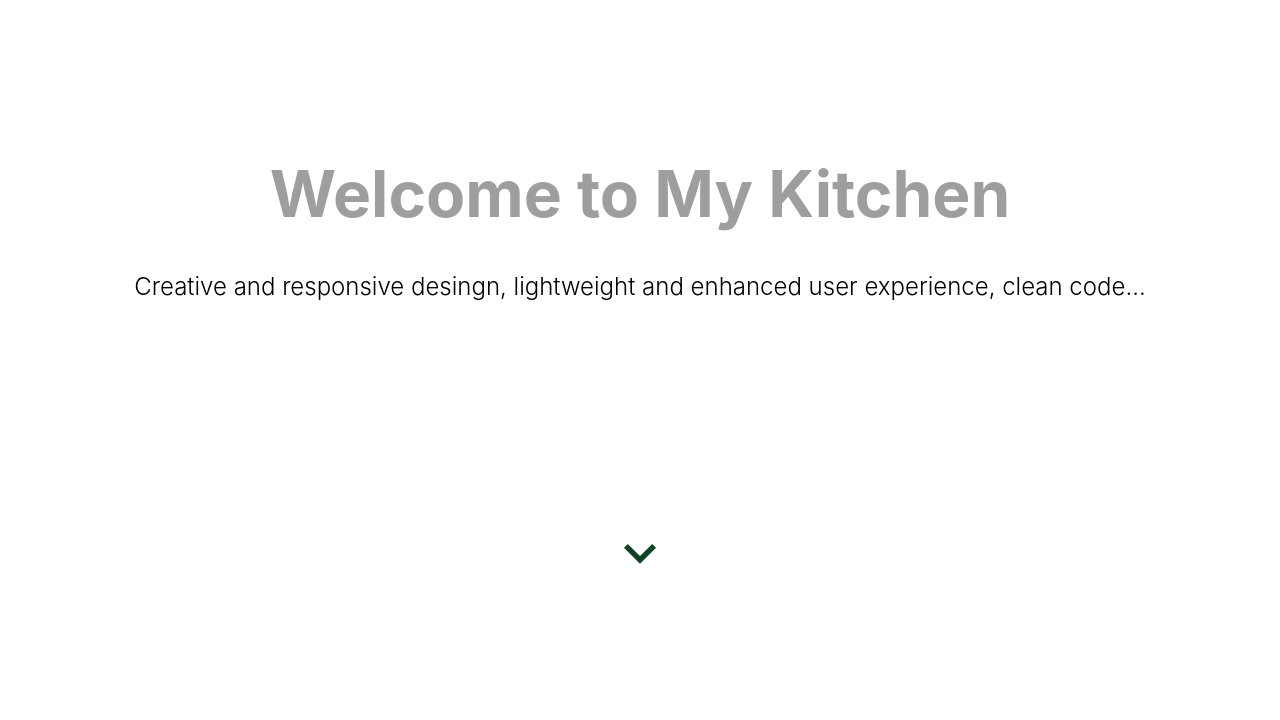
Repository: safak/safak.github.io
Page: /, after clicking the first element matching `svg.MuiSvgIcon-root`
An editor plug-in stored every save of this project. The page is shown before and after the next save, followed by the edit.
The browser window is 1280 px wide. The pictures show the whole page.
Pictures or frames that could not be fetched are drawn as grey boxes. The project was rebuilt for these pictures with package versions that can differ from the ones it lists, and the page was loaded fresh each time. Also part of the build but not shown: src/App.css.

Above is the page before, as saved 2020-08-28 03:42:42.

After the next save:
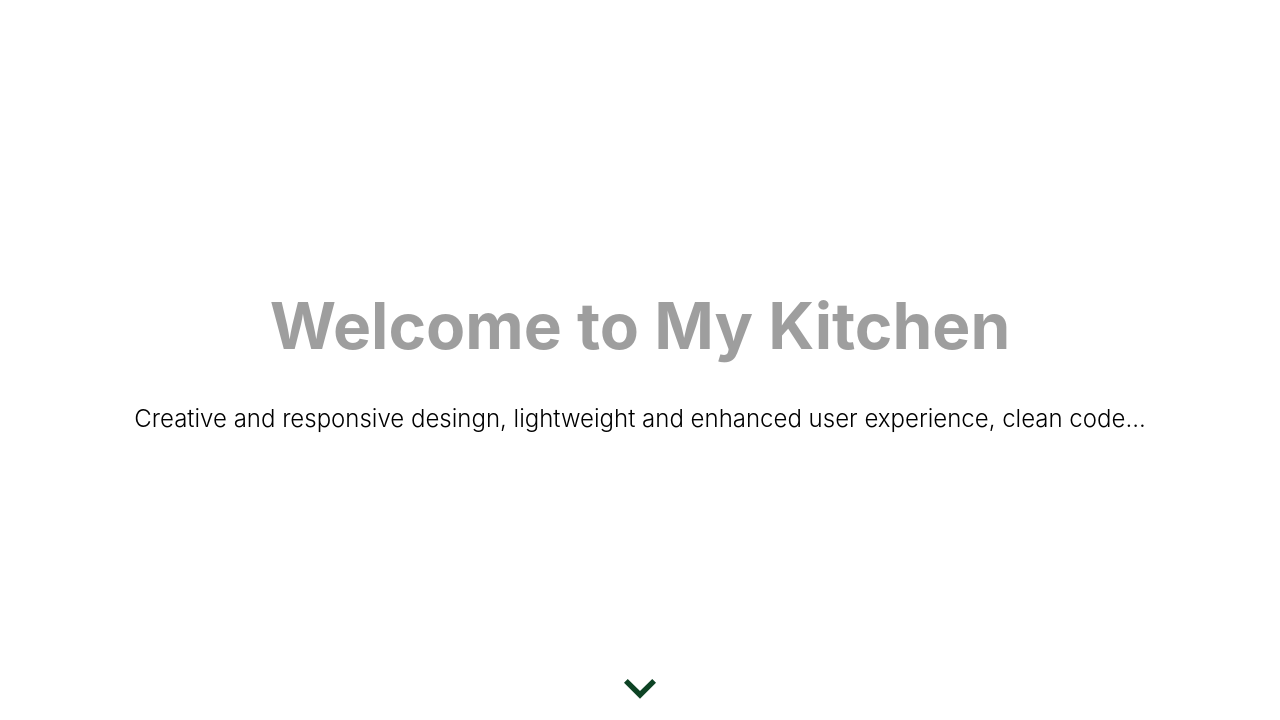
Saved 17 s later.
--- a/src/components/introduction/Introduction.css
+++ b/src/components/introduction/Introduction.css
@@ -35,5 +35,6 @@
 .introduction >.MuiSvgIcon-root {
   font-size: 5vw;
   color: #0d4324;
-  margin-top: 200px;
+  position: absolute;
+  bottom: 0;
 }
